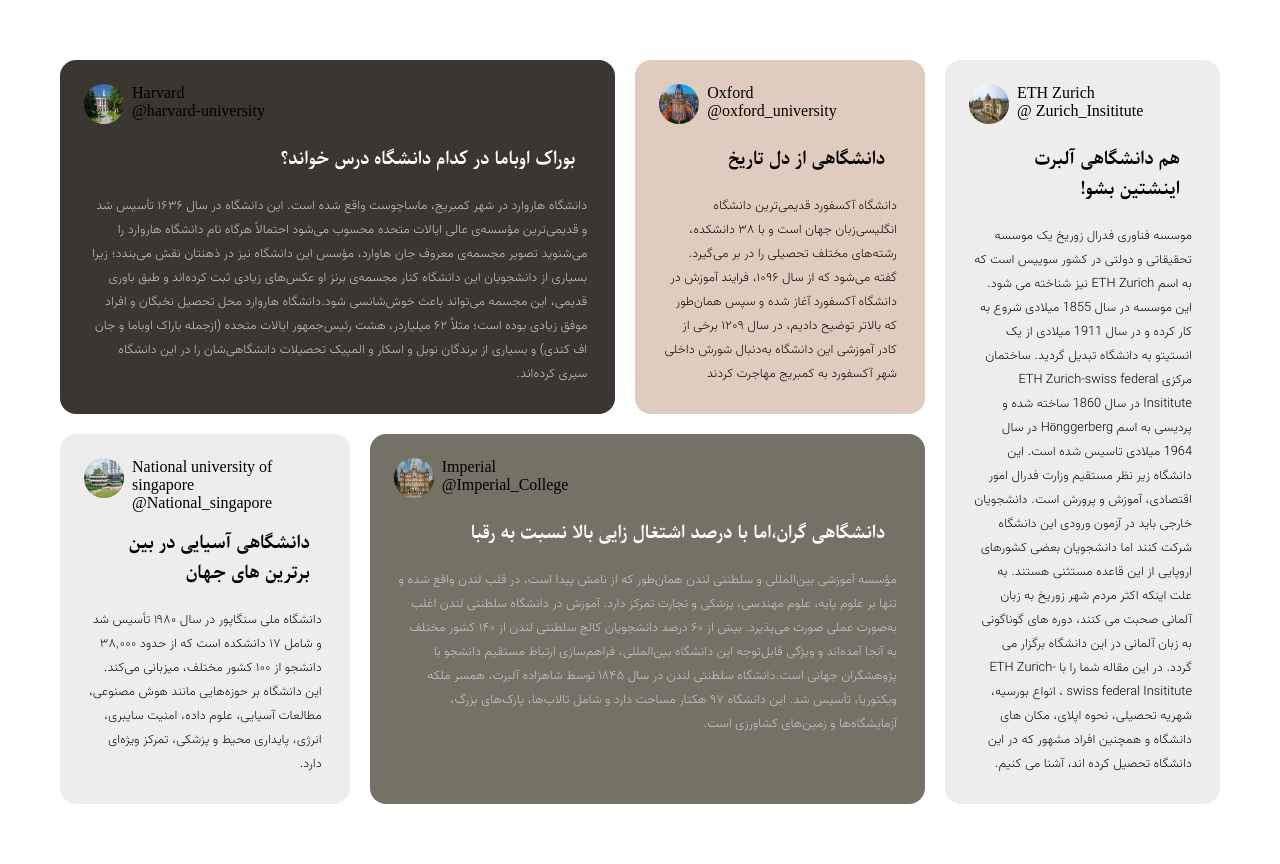
Repository: rahanwz/cards
Page: cards.html
The author's editor kept a copy of each file at every save. The page is drawn from the files as they stood at one save, then again after the next save.
The browser window is 1280 px wide. The pictures show the whole page.

Above is the page before, as saved 2024-02-17 16:15:47.

After the next save:
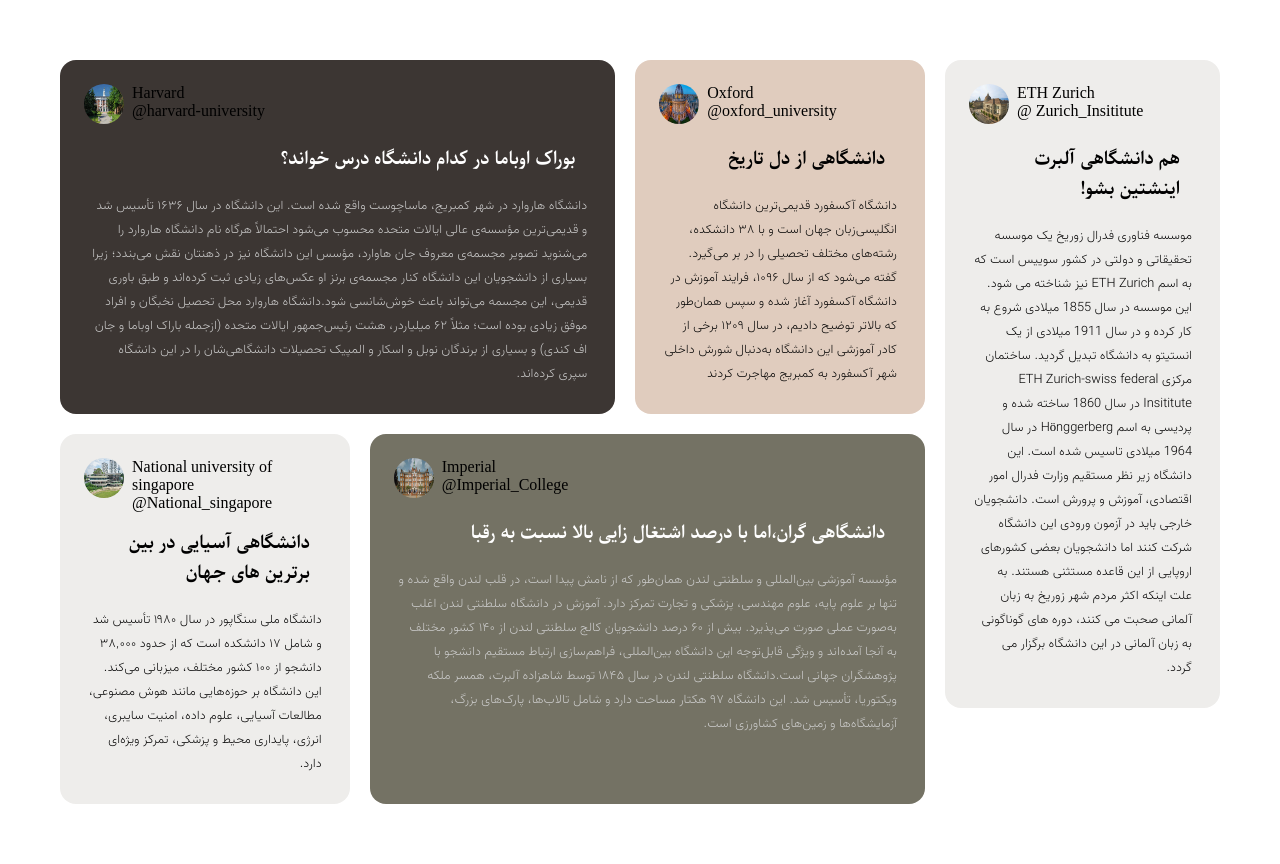
Saved 83 s later.
--- a/cards.html
+++ b/cards.html
@@ -154,10 +154,7 @@
               آزمون ورودی این دانشگاه شرکت کنند اما دانشجویان بعضی کشورهای
               اروپایی از این قاعده مستثنی هستند. به علت اینکه اکثر مردم شهر
               زوریخ به زبان آلمانی صحبت می کنند، دوره های گوناگونی به زبان
-              آلمانی در این دانشگاه برگزار می گردد. در این مقاله شما را با ETH
-              Zurich-swiss federal Insititute ، انواع بورسیه، شهریه تحصیلی، نحوه
-              اپلای، مکان های دانشگاه و همچنین افراد مشهور که در این دانشگاه
-              تحصیل کرده اند، آشنا می کنیم.
+              آلمانی در این دانشگاه برگزار می گردد.
             </div>
           </div>
         </div>
